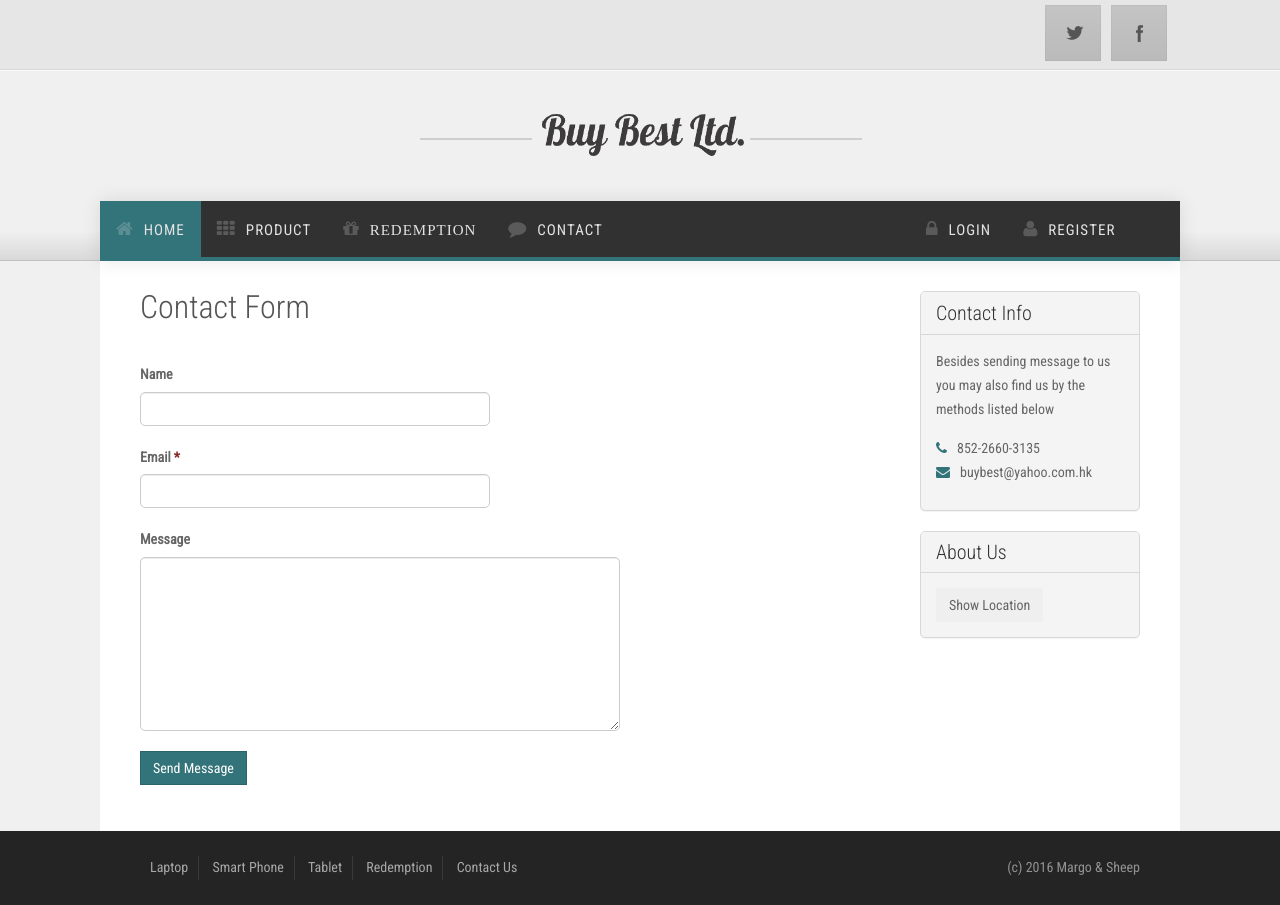
Repository: thymargo13/HCI--2015
Page: contact.html
The author's editor kept a record of every edit. The page is drawn from the files as they stood at one moment, then again after the next edit.
The browser window is 1280 px wide. The pictures show the whole page.

Above is the page before.

After the next edit:
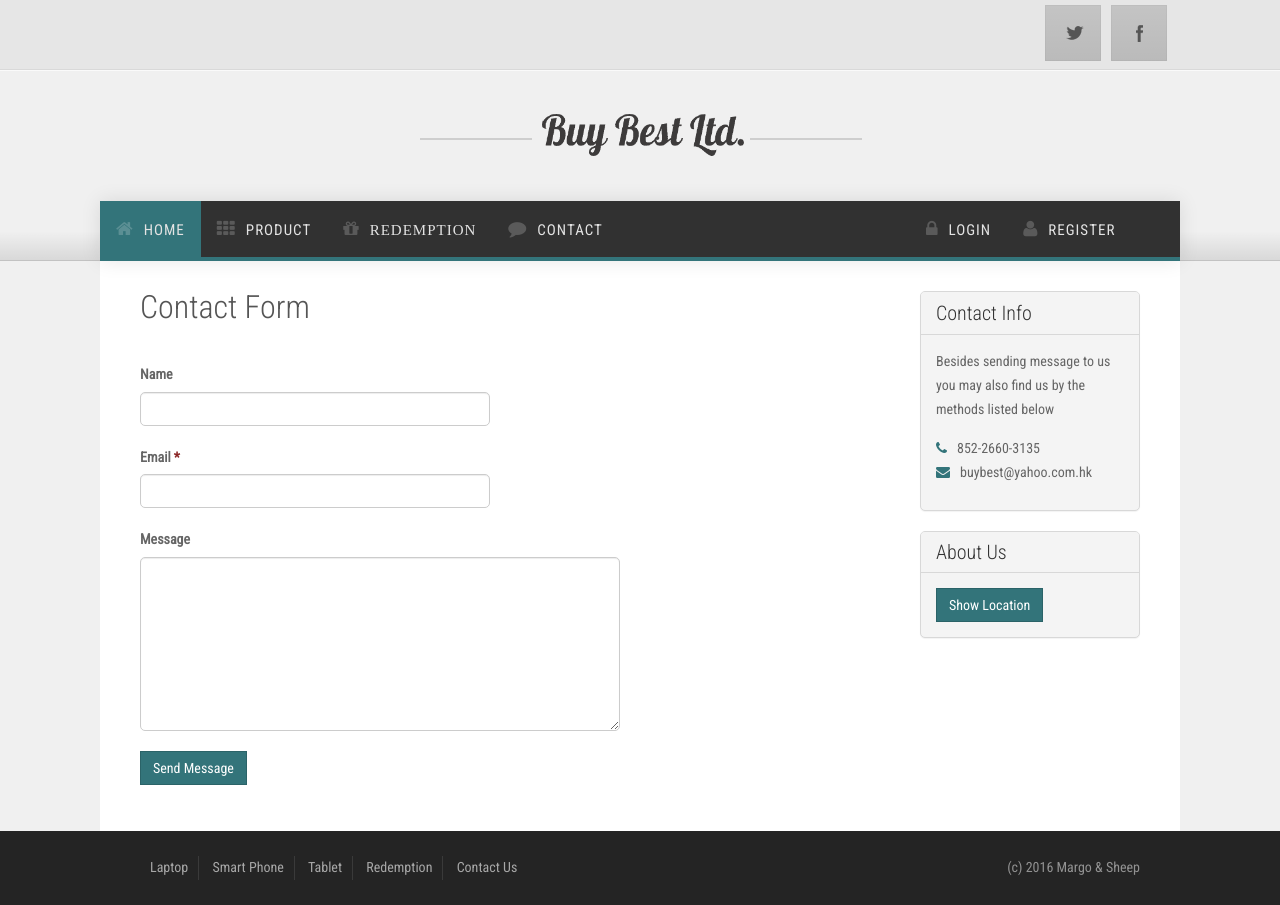
The edit:
--- a/contact.html
+++ b/contact.html
@@ -188,8 +188,8 @@
                                 </div>
                                 <div class="panel-body">
 
-                    <button class="btn" onclick="getLocation()">Show Location</button>
-                    <div id="mapholder"></div>
+                    <button class="btn btn-primary" onclick="getLocation()">Show Location</button>
+                    <a href="https://www.google.com.hk/maps/place/%E9%A6%99%E6%B8%AF%E5%B0%88%E6%A5%AD%E6%95%99%E8%82%B2%E5%AD%B8%E9%99%A2%EF%BC%88%E9%9D%92%E8%A1%A3%E5%88%86%E6%A0%A1%EF%BC%89/@22.3421408,114.1060456,18.5z/data=!4m5!3m4!1s0x0:0xe52d12c0080581c8!8m2!3d22.3423082!4d114.1064042"><div id="mapholder"></div></a>
 
                                     </ul>
                                 </div>
